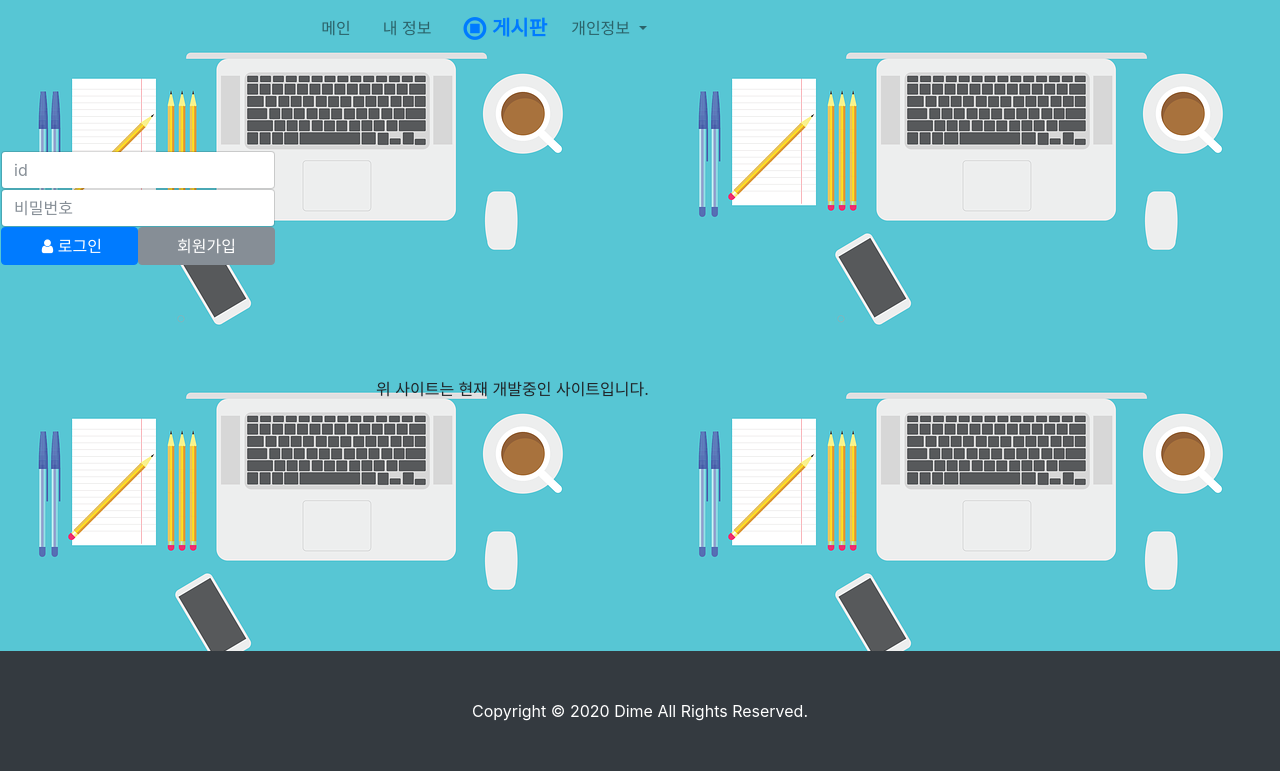
Repository: elecdime/jspboard
Page: http://localhost/BBS/projectbbs/Main.jsp
The author's editor kept a copy of each file at every save. The page is drawn from the files as they stood at one save, then again after the next save.
The browser window is 1280 px wide. The pictures show the whole page.
Some web libraries are served in a nearby version. The page is served by Tomcat 9.

Above is the page before, as saved 2020-07-08 12:42:42.

After the next save:
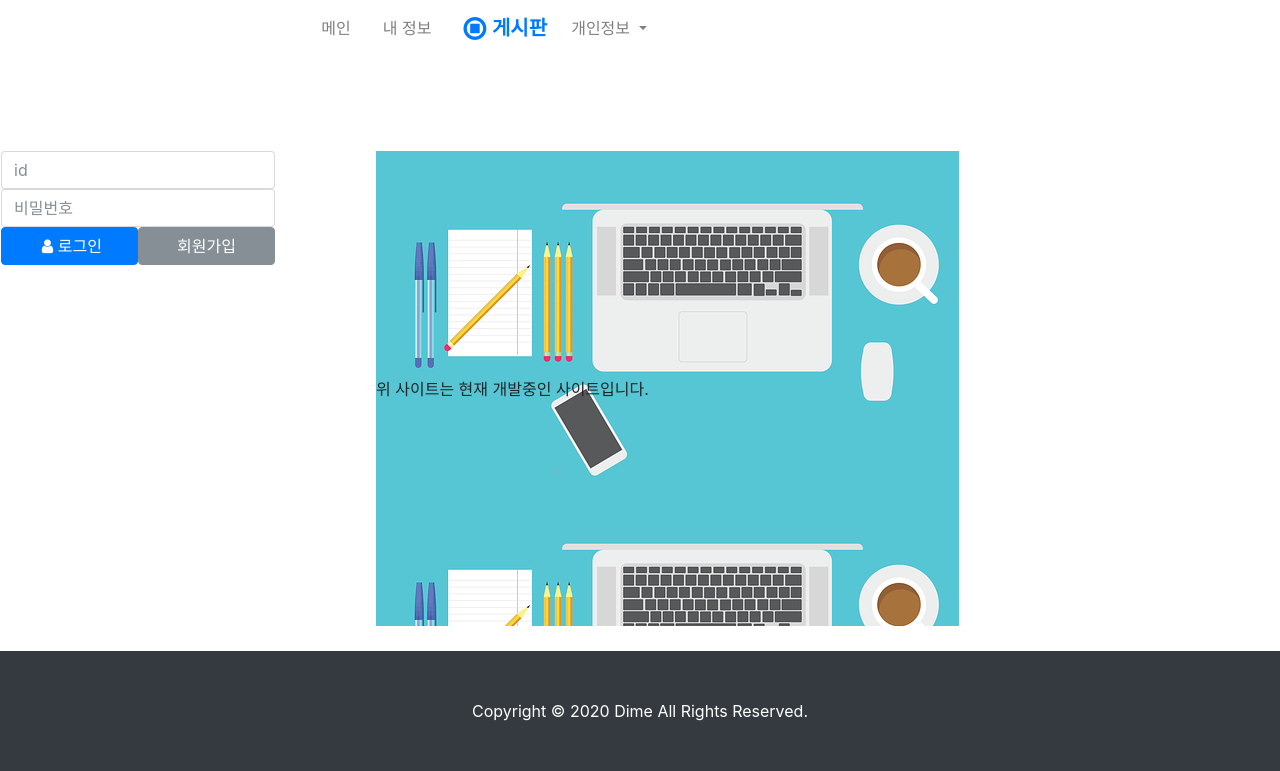
Saved 5 min 23 s later.
--- a/dime/project Web/BBS/WebContent/projectbbs/Main.jsp
+++ b/dime/project Web/BBS/WebContent/projectbbs/Main.jsp
@@ -9,7 +9,7 @@
   <!-- Bootstrap CSS -->
   <link rel="stylesheet" href="https://maxcdn.bootstrapcdn.com/bootstrap/4.0.0-beta/css/bootstrap.min.css" integrity="sha384-/Y6pD6FV/Vv2HJnA6t+vslU6fwYXjCFtcEpHbNJ0lyAFsXTsjBbfaDjzALeQsN6M" crossorigin="anonymous">
 <style type="text/css">
-body{
+#tables{
 background-image: url('back.jpg');'
 
 }
@@ -32,7 +32,7 @@ background-image: url('back.jpg');'
                     <%@ include file="left.jsp" %>
                 </td>
                 <td width="800" valign="#" style="padding-left: 100px">
-                    <table width="100%" height="475" cellpadding="0" cellspacing="0" >
+                    <table width="100%" height="475" cellpadding="0" cellspacing="0" id="tables">
                         <tr >
                             <td border="3px">
                              위 사이트는 현재 개발중인 사이트입니다.
